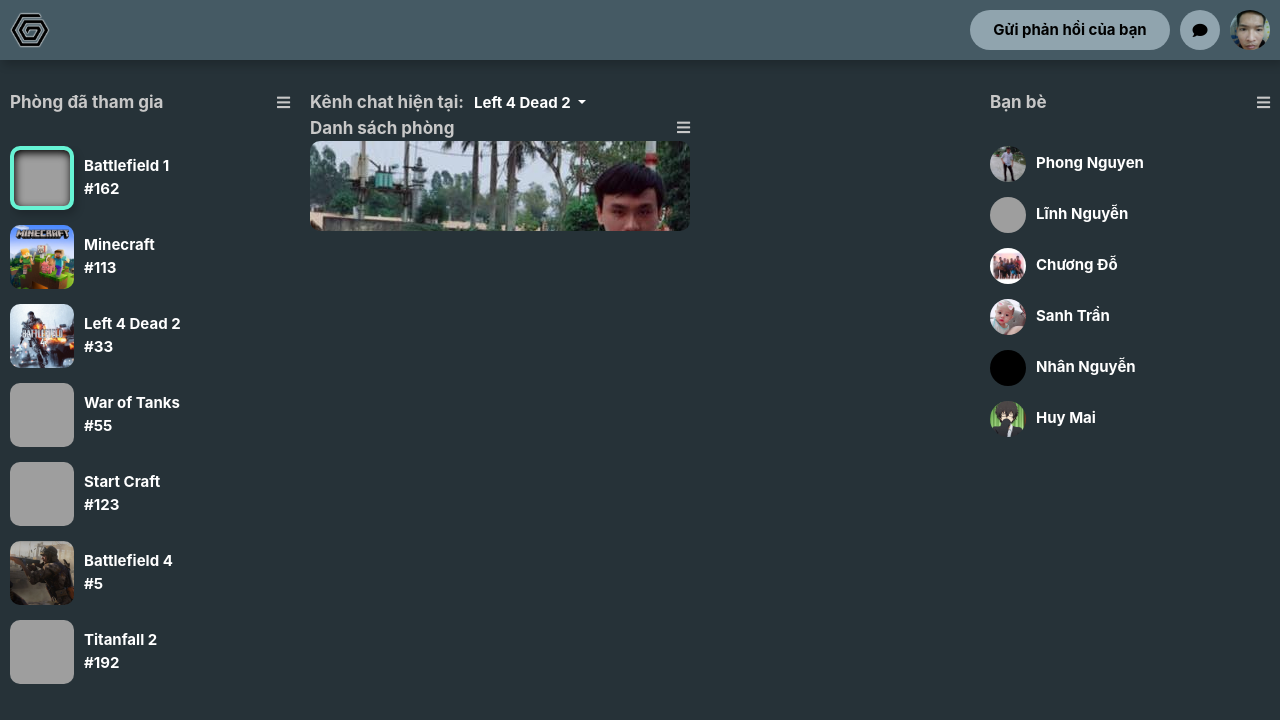
Repository: GammingCommnunity/docs
Page: web-layout/v2/html/index.html
The author's editor kept a copy of each file at every save. The page is drawn from the files as they stood at one save, then again after the next save.
The browser window is 1280 px wide. The pictures show the whole page.
Pictures or frames that could not be fetched are drawn as grey boxes.

Above is the page before, as saved 2020-03-06 11:04:46.

### web-layout/v2/html/index.html
<!DOCTYPE html>
<html lang="vi">

<head>
	<meta charset="UTF-8">
	<meta name="viewport" content="width=device-width, initial-scale=1.0">
	<!-- title -->
	<title>Gaming Community</title>
	<!-- bootstrap -->
	<link rel="stylesheet" href="css/bootstrap/bootstrap.min.css">
	<!-- fontawesome -->
	<link href="css/fontawesome.css" rel="stylesheet">
	<link href="css/brands.css" rel="stylesheet">
	<link href="css/solid.css" rel="stylesheet">
</head>

<body>
	<!-- bootstrap -->
	<script src="js/jquery-3.4.1.min.js"></script>
	<script src="js/bootstrap/bootstrap.popper.min.js"></script>
	<script src="js/bootstrap/bootstrap.min.js"></script>
	<!-- define -->
	<style>
		:root {
			/* background color */
			--bg9: #263238;
			--bg8: #37474F;
			--bg7: #455A64;
			--bg6: #546E7A;
			--bg5: #607D8B;
			--bg4: #78909C;
			--bg3: #90A4AE;
			--bg2: #B0BEC5;
			--bg1: #CFD8DC;
			/* text color */
			--primary-text: white;
			--secondary-text: #C8C8C8;
			/* shadow */
			--shd: 3px 5px 9px rgba(0, 0, 0, .2);
			--shd-lg: 3px 5px 18px rgba(0, 0, 0, .2);
			--shd-highlight: 3px 5px 9px rgba(0, 0, 0, .2), inset 1px 3px 9px black;
			/* text size */
			--text-size-sm: 12px;
			--text-size-lg: 17px;
			/* highlight */
			--highlight: rgb(102, 243, 212);
			--border-highlight: 4px solid var(--highlight);
		}
	</style>

	<!-- global style -->
	<style>
		html {
			margin: 0;
			padding: 0;
		}

		html * {
			font-size: 15px;
			color: var(--primary-text);
		}

		/* ::-webkit-scrollbar {
			width: 3px;
			height: 3px;
		}

		::-webkit-scrollbar-thumb {
			background: rgb(9, 81, 71);
			border-radius: 999px;
		}

		::placeholder {
			color: rgb(13, 190, 150);
			font-size: 12px;
		} */

		pre {
			white-space: pre-line;
			word-break: break-word;
		}






		.img {
			background-size: cover;
			background-repeat: no-repeat;
			background-position: center;
		}

		.nowrap {
			white-space: nowrap;
		}

		.wrap {
			white-space: pre-line;
			word-break: break-word;
		}

		.logo {
			width: 40px;
			height: 40px;
		}

		/* component */
		.component {
			display: flex;
			flex-direction: column;
		}

		.component-head {
			display: flex;
			align-items: center;
		}

		.component-head * {
			color: var(--secondary-text);
		}

		.component-head label {
			margin-right: 10px;
			font-weight: bold;
			font-size: var(--text-size-lg);
			flex-grow: 1;
			overflow: hidden;
			white-space: nowrap;
		}

		.component .component-body {
			flex-grow: 1;
			display: flex;
			flex-direction: column;
			overflow: auto;
		}

		/* fix bootstrap */
		p,
		label {
			margin: 0;
		}

		.dropdown-menu {
			font-weight: bold;
			background-color: var(--bg6);
			box-shadow: var(--shd-lg);
		}

		.dropdown-menu * {
			font-weight: bold;
			transition: all .3s ease;
			color: var(--primary-text);
		}

		.dropdown-menu .dropdown-item:hover {
			color: var(--bg6);
			border-left: 4px solid var(--highlight);
		}
	</style>

	<!-- framework -->
	<style>
		header {
			width: 100vw;
			height: 60px;
			padding-left: 10px;
			padding-right: 10px;
			position: fixed;
			top: 0;
			display: flex;
			align-items: center;
			background-color: var(--bg7);
			box-shadow: var(--shd);
		}

		header .space {
			flex-grow: 1;
		}

		header .button {
			width: 40px;
			height: 40px;
			display: flex;
			justify-content: center;
			align-items: center;
			border-radius: 40px;
			background-color: var(--bg3);
			margin-left: 10px;
			cursor: pointer;
			color: black;
		}

		header .button * {
			color: black;
		}

		.feedback-btn {
			width: 200px !important;
			font-weight: bold;
		}

		.main-container {
			width: 100vw;
			height: 100vh;
			background-color: var(--bg9);
			padding-top: 60px;
			display: flex;
			align-items: stretch;
			justify-content: space-between;
		}

		.main-container article {
			flex-grow: 1;
			padding: 30px 10px 0 10px;
			max-width: 1000px;
		}

		.main-container nav {
			width: 300px;
			padding: 30px 10px 0 10px;
			color: var(--secondary-text);
		}

		.main-container nav .component-head {
			margin-bottom: 30px;
		}


		/* joined-rooms-item */
		.joined-rooms-item {
			width: 100%;
			display: flex;
			margin-bottom: 15px;
		}

		.joined-rooms-item .img {
			width: 64px;
			height: 64px;
			border-radius: 10px;
		}

		.joined-rooms-item * {
			font-weight: bold;
		}

		.joined-rooms-item .info {
			height: 64px;
			padding-left: 10px;
			flex-grow: 1;
			display: flex;
			flex-direction: column;
			align-items: flex-start;
			justify-content: center;
		}

		.joined-rooms-item .info * {
			overflow: hidden;
			white-space: nowrap;
		}

		/* active */
		.joined-rooms-item.active .img {
			border: var(--border-highlight);
			box-shadow: var(--shd-highlight);
		}

		/* friends-item */
		.friends-item {
			width: 100%;
			display: flex;
			align-items: center;
			margin-bottom: 15px;
		}

		.friends-item .img {
			width: 36px;
			height: 36px;
			border-radius: 36px;
		}

		.friends-item * {
			font-weight: bold;
		}

		.friends-item .name {
			padding-left: 10px;
			overflow: hidden;
			white-space: nowrap;
		}
	</style>

	<!-- game channel -->
	<style>
		.game-channels-list {
			font-weight: bold;
		}

		.game-channels{
			display: flex;
			flex-direction: column;
			height: 100%;
		}

		.game-channels-head{
			border-bottom: 40px;
			display: flex;
			align-items: center;
		}

		.game-channels-head > label:first-child{
			color: var(--secondary-text);
			font-size: var(--text-size-lg);
			font-weight: bold;
			padding-right: 10px;
		}

		.game-channels-head .game-channels-list{
			flex-grow: 1;
		}

		.game-channels-body{
			flex-grow: 1;
			display: flex;
		}

		.rooms{
			width: 380px;
			min-width: 380px;
			height: 100%;
		}

		.global-chats{
			flex-grow: 1;
			height: 100%;
		}

		.rooms-item{
			width: 100%;
			height: 90px;
			border-radius: 10px;
			background-color: rgba(0, 0, 0, .8);
		}
	</style>




	<header>
		<div class="logo img" style="background-image: url(img/logo.png)"></div>
		<div class="space"></div>
		<div class="button feedback-btn">Gửi phản hồi của bạn</div>
		<div class="button">
			<i class="fas fa-comment"></i>
		</div>
		<div class="button img" style="background-image: url(img/avatar.jpg)"></div>
	</header>



	<div class="main-container">






		<!-- joined room -->
		<nav class="component">
			<div class="component-head">
				<label>Phòng đã tham gia</label>
				<div>
					<i class="fas fa-bars"></i>
				</div>
			</div>
			<div class="component-body">

				<div class="joined-rooms-item active">
					<div class="img" style="background-image: url(img/14.jpg)"></div>
					<div class="info">
						<p>Battlefield 1</p>
						<p>#162</p>
					</div>
				</div>

				<div class="joined-rooms-item">
					<div class="img" style="background-image: url(img/10.jpg)"></div>
					<div class="info">
						<p>Minecraft</p>
						<p>#113</p>
					</div>
				</div>

				<div class="joined-rooms-item">
					<div class="img" style="background-image: url(img/9.jpg)"></div>
					<div class="info">
						<p>Left 4 Dead 2</p>
						<p>#33</p>
					</div>
				</div>

				<div class="joined-rooms-item">
					<div class="img" style="background-image: url(img/13.jpg)"></div>
					<div class="info">
						<p>War of Tanks</p>
						<p>#55</p>
					</div>
				</div>

				<div class="joined-rooms-item">
					<div class="img" style="background-image: url(img/12.jpg)"></div>
					<div class="info">
						<p>Start Craft</p>
						<p>#123</p>
					</div>
				</div>

				<div class="joined-rooms-item">
					<div class="img" style="background-image: url(img/16.jpg)"></div>
					<div class="info">
						<p>Battlefield 4</p>
						<p>#5</p>
					</div>
				</div>

				<div class="joined-rooms-item">
					<div class="img" style="background-image: url(img/11.jpg)"></div>
					<div class="info">
						<p>Titanfall 2</p>
						<p>#192</p>
					</div>
				</div>


			</div>
		</nav>

		<!-- game channel -->
		<article>
			<div class="game-channels">
				<div class="game-channels-head">
					<label>Kênh chat hiện tại:</label>
					<div class="game-channels-list dropdown">
						<label class="dropdown-toggle" id="" data-toggle="dropdown" aria-haspopup="true"
							aria-expanded="false">
							Left 4 Dead 2
						</label>
						<div class="dropdown-menu" aria-labelledby="dropdownMenuButton">
							<a class="dropdown-item" href="#">GTA 5</a>
							<a class="dropdown-item" href="#">Minecraft</a>
							<a class="dropdown-item" href="#">Left 4 Dead 2</a>
							<a class="dropdown-item" href="#">War Frame</a>
							<a class="dropdown-item" href="#">Titanfall 2</a>
							<a class="dropdown-item" href="#">Start Craft</a>
							<a class="dropdown-item" href="#">HearthStone</a>
						</div>
					</div>
				</div>
				<div class="game-channels-body">
					<div class="rooms component">
						<div class="component-head">
							<label>Danh sách phòng</label>
							<div>
								<i class="fas fa-bars"></i>
							</div>
						</div>
						<div class="component-body">

							<div class="rooms-item" style="background-image: url(img/100.jpg)">

							</div>

						</div>
					</div>
				</div>
			</div>
		</article>

		<!-- friends -->
		<nav class="component">
			<div class="component-head">
				<label>Bạn bè</label>
				<div>
					<i class="fas fa-bars"></i>
				</div>
			</div>
			<div class="component-body">

				<div class="friends-item">
					<div class="img" style="background-image: url(img/100.jpg)"></div>
					<p class="name">Phong Nguyen</p>
				</div>

				<div class="friends-item">
					<div class="img" style="background-image: url(img/101.jpg)"></div>
					<p class="name">Lĩnh Nguyễn</p>
				</div>

				<div class="friends-item">
					<div class="img" style="background-image: url(img/102.jpg)"></div>
					<p class="name">Chương Đỗ</p>
				</div>

				<div class="friends-item">
					<div class="img" style="background-image: url(img/103.jpg)"></div>
					<p class="name">Sanh Trần</p>
				</div>

				<div class="friends-item">
					<div class="img" style="background-image: url(img/104.jpg)"></div>
					<p class="name">Nhân Nguyễn</p>
				</div>

				<div class="friends-item">
					<div class="img" style="background-image: url(img/105.jpg)"></div>
					<p class="name">Huy Mai</p>
				</div>


			</div>
		</nav>






	</div>




</body>

</html>

### web-layout/v2/html/css/brands.css
/*!
 * Font Awesome Free 5.12.0 by @fontawesome - https://fontawesome.com
 * License - https://fontawesome.com/license/free (Icons: CC BY 4.0, Fonts: SIL OFL 1.1, Code: MIT License)
 */
@font-face {
  font-family: 'Font Awesome 5 Brands';
  font-style: normal;
  font-weight: normal;
  font-display: auto;
  src: url("../webfonts/fa-brands-400.eot");
  src: url("../webfonts/fa-brands-400.eot?#iefix") format("embedded-opentype"), url("../webfonts/fa-brands-400.woff2") format("woff2"), url("../webfonts/fa-brands-400.woff") format("woff"), url("../webfonts/fa-brands-400.ttf") format("truetype"), url("../webfonts/fa-brands-400.svg#fontawesome") format("svg"); }

.fab {
  font-family: 'Font Awesome 5 Brands'; }

### web-layout/v2/html/css/solid.css
/*!
 * Font Awesome Free 5.12.0 by @fontawesome - https://fontawesome.com
 * License - https://fontawesome.com/license/free (Icons: CC BY 4.0, Fonts: SIL OFL 1.1, Code: MIT License)
 */
@font-face {
  font-family: 'Font Awesome 5 Free';
  font-style: normal;
  font-weight: 900;
  font-display: auto;
  src: url("../webfonts/fa-solid-900.eot");
  src: url("../webfonts/fa-solid-900.eot?#iefix") format("embedded-opentype"), url("../webfonts/fa-solid-900.woff2") format("woff2"), url("../webfonts/fa-solid-900.woff") format("woff"), url("../webfonts/fa-solid-900.ttf") format("truetype"), url("../webfonts/fa-solid-900.svg#fontawesome") format("svg"); }

.fa,
.fas {
  font-family: 'Font Awesome 5 Free';
  font-weight: 900; }

Loaded but not shown: web-layout/v2/html/css/bootstrap/bootstrap.min.css (library); web-layout/v2/html/css/fontawesome.css (library); web-layout/v2/html/js/jquery-3.4.1.min.js (library); web-layout/v2/html/js/bootstrap/bootstrap.popper.min.js (library); web-layout/v2/html/js/bootstrap/bootstrap.min.js (library)

After the next save:
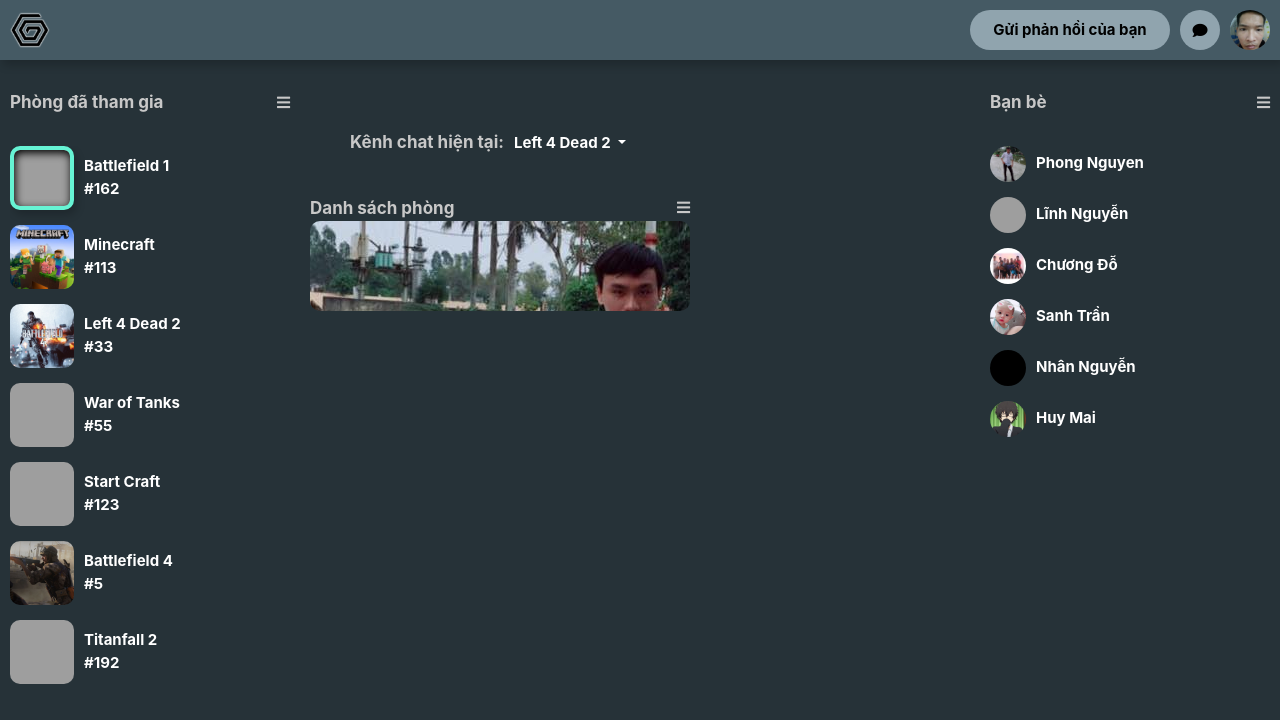
Saved 45 s later.
--- a/web-layout/v2/html/index.html
+++ b/web-layout/v2/html/index.html
@@ -304,7 +304,7 @@
 		}
 
 		.game-channels-head{
-			border-bottom: 40px;
+			margin: 40px;
 			display: flex;
 			align-items: center;
 		}
